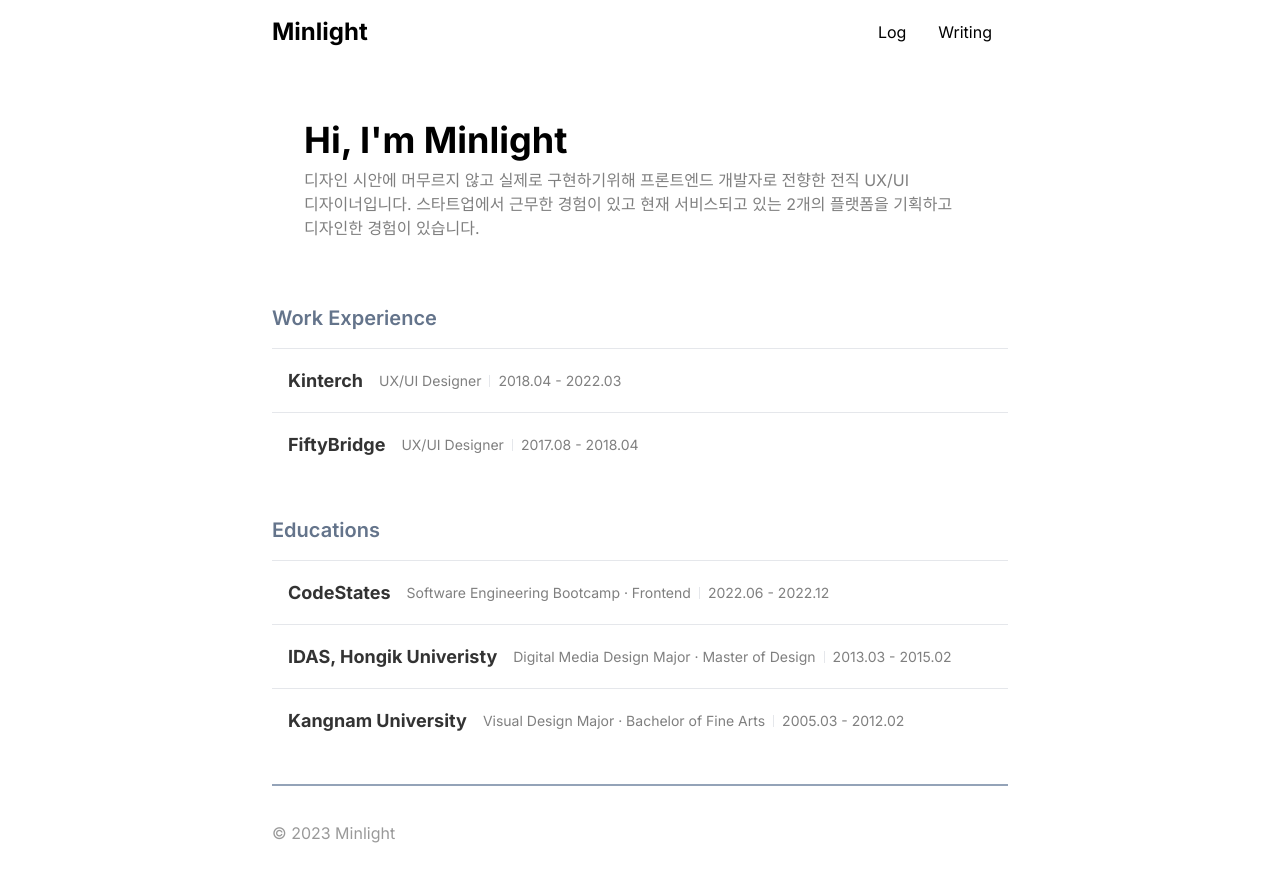
Repository: kwngmin/minlight-log
Page: /
An editor plug-in stored every save of this project. The page is shown before and after the next save, followed by the edit.
The browser window is 1280 px wide. The pictures show the whole page.
The project was rebuilt for these pictures with package versions that can differ from the ones it lists, and the page was loaded fresh each time. The framework's server and built-in components were replaced by stand-ins that run in the browser. Also part of the build but not shown: next.config.js.

Above is the page before, as saved 2023-04-12 16:38:40.

### src/app/layout.tsx
import "./globals.css";
import Footer from "@/components/Footer";
import Header from "@/components/Header";

import { Inter } from "next/font/google";
const inter = Inter({ subsets: ["latin"] });

export const metadata = {
  title: {
    default: "Minlight",
    template: "Minlight | %s",
  },
  description: "Minlight log",
};

export default function RootLayout({
  children,
}: {
  children: React.ReactNode;
}) {
  return (
    <html lang="en" className={inter.className}>
      <body className="flex flex-col max-w-screen-md mx-auto px-4">
        <Header />
        <main className="">{children}</main>
        <Footer />
      </body>
    </html>
  );
}

### src/app/page.tsx
import TableGroup from "@/components/TableGroup";
import Title from "@/components/Title";

const titleData = {
  title: `Hi, I'm Minlight`,
  description: `디자인 시안에 머무르지 않고 실제로 구현하기위해 프론트엔드 개발자로 전향한 전직 UX/UI 디자이너입니다. 스타트업에서 근무한
경험이 있고 현재 서비스되고 있는 2개의 플랫폼을 기획하고 디자인한 경험이 있습니다.`,
};

export default function Home() {
  return (
    <section>
      <Title titleData={titleData} />
      <TableGroup />
    </section>
  );
}

### src/app/globals.css
@tailwind base;
@tailwind components;
@tailwind utilities;

* {
  box-sizing: border-box;
  padding: 0;
  margin: 0;
}
/*
:root {
  --max-width: 1100px;
  --border-radius: 12px;
  --font-mono: ui-monospace, Menlo, Monaco, "Cascadia Mono", "Segoe UI Mono",
    "Roboto Mono", "Oxygen Mono", "Ubuntu Monospace", "Source Code Pro",
    "Fira Mono", "Droid Sans Mono", "Courier New", monospace;

  --foreground-rgb: 0, 0, 0;
  --background-start-rgb: 214, 219, 220;
  --background-end-rgb: 255, 255, 255;

  --primary-glow: conic-gradient(
    from 180deg at 50% 50%,
    #16abff33 0deg,
    #0885ff33 55deg,
    #54d6ff33 120deg,
    #0071ff33 160deg,
    transparent 360deg
  );
  --secondary-glow: radial-gradient(
    rgba(255, 255, 255, 1),
    rgba(255, 255, 255, 0)
  );

  --tile-start-rgb: 239, 245, 249;
  --tile-end-rgb: 228, 232, 233;
  --tile-border: conic-gradient(
    #00000080,
    #00000040,
    #00000030,
    #00000020,
    #00000010,
    #00000010,
    #00000080
  );

  --callout-rgb: 238, 240, 241;
  --callout-border-rgb: 172, 175, 176;
  --card-rgb: 180, 185, 188;
  --card-border-rgb: 131, 134, 135;
}

@media (prefers-color-scheme: dark) {
  :root {
    --foreground-rgb: 255, 255, 255;
    --background-start-rgb: 0, 0, 0;
    --background-end-rgb: 0, 0, 0;

    --primary-glow: radial-gradient(rgba(1, 65, 255, 0.4), rgba(1, 65, 255, 0));
    --secondary-glow: linear-gradient(
      to bottom right,
      rgba(1, 65, 255, 0),
      rgba(1, 65, 255, 0),
      rgba(1, 65, 255, 0.3)
    );

    --tile-start-rgb: 2, 13, 46;
    --tile-end-rgb: 2, 5, 19;
    --tile-border: conic-gradient(
      #ffffff80,
      #ffffff40,
      #ffffff30,
      #ffffff20,
      #ffffff10,
      #ffffff10,
      #ffffff80
    );

    --callout-rgb: 20, 20, 20;
    --callout-border-rgb: 108, 108, 108;
    --card-rgb: 100, 100, 100;
    --card-border-rgb: 200, 200, 200;
  }
}

* {
  box-sizing: border-box;
  padding: 0;
  margin: 0;
}

html,
body {
  max-width: 100vw;
  overflow-x: hidden;
}

body {
  color: rgb(var(--foreground-rgb));
  background: linear-gradient(
      to bottom,
      transparent,
      rgb(var(--background-end-rgb))
    )
    rgb(var(--background-start-rgb));
}

a {
  color: inherit;
  text-decoration: none;
}

@media (prefers-color-scheme: dark) {
  html {
    color-scheme: dark;
  }
} */

### src/components/Footer.tsx
export default function Footer() {
  return (
    <section className="h-24 flex items-center border-t-2 mt-8 border-slate-400">
      <span className="text-black/40">© 2023 Minlight</span>
    </section>
  );
}

### src/components/Header.tsx
import Link from "next/link";

const navList = [
  { name: "Log", url: "/log" },
  { name: "Writing", url: "/log" },
];

export default function Header() {
  return (
    <section className="h-16 flex items-center justify-between">
      <Link href="/" className="text-2xl font-bold">
        Minlight
      </Link>
      <nav className="">
        {navList.map(({ name, url }) => (
          <Link href={url} key={name} className="px-4">
            {name}
          </Link>
        ))}
      </nav>
    </section>
  );
}

### src/components/TableGroup.tsx
import Table from "@/components/Table";

const careerData = [
  {
    head: "Kinterch",
    content: "UX/UI Designer",
    period: "2018.04 - 2022.03",
  },
  {
    head: "FiftyBridge",
    content: "UX/UI Designer",
    period: "2017.08 - 2018.04",
  },
];

const educateData = [
  {
    head: "CodeStates",
    content: "Software Engineering Bootcamp · Frontend",
    period: "2022.06 - 2022.12",
  },
  {
    head: "IDAS, Hongik Univeristy",
    content: "Digital Media Design Major · Master of Design",
    period: "2013.03 - 2015.02",
  },
  {
    head: "Kangnam University",
    content: "Visual Design Major · Bachelor of Fine Arts",
    period: "2005.03 - 2012.02",
  },
];

export default function TableGroup() {
  return (
    <section className="flex flex-col gap-10">
      <Table tableData={careerData} subject="Work Experience" />
      <Table tableData={educateData} subject="Educations" />
    </section>
  );
}

### src/components/Title.tsx
type TitleData = {
  title: string;
  description: string;
};
export default function Title({ titleData }: { titleData: TitleData }) {
  const { title, description } = titleData;
  return (
    <div className="pt-14 pb-16 px-4 lg:px-8">
      <h1 className="text-3xl md:text-4xl font-bold mb-2">{title}</h1>
      <p className="text-black/50 break-keep">{description}</p>
    </div>
  );
}

### src/components/Table.tsx
import { HtmlProps } from "next/dist/shared/lib/html-context";

type Props = {
  tableData: {
    head: string;
    content: string;
    period: string;
  }[];
  subject: string;
};

export default function Table({ tableData, subject }: Props) {
  return (
    <div>
      <h2 className="text-left text-xl font-semibold text-slate-500 pb-4">
        {subject}
      </h2>
      <ul>
        {tableData.map(({ head, content, period }) => (
          <li
            key={head}
            className="flex flex-col lg:flex-row lg:items-center justify-center lg:justify-start pt-4 pb-5 lg:py-0 lg:h-16 border-t gap-0 lg:gap-4 pl-4 lg:px-4"
          >
            <h3 className="font-bold text-lg text-black/80">{head}</h3>
            <section className="text-black/50 lg:text-sm flex items-center flex-wrap">
              {content}
              <div className="inline-block border-l h-3 mx-2 " />
              {period}
            </section>
          </li>
        ))}
      </ul>
    </div>
  );
}

Loaded but not shown: tailwind.config.js (common file)

After the next save:
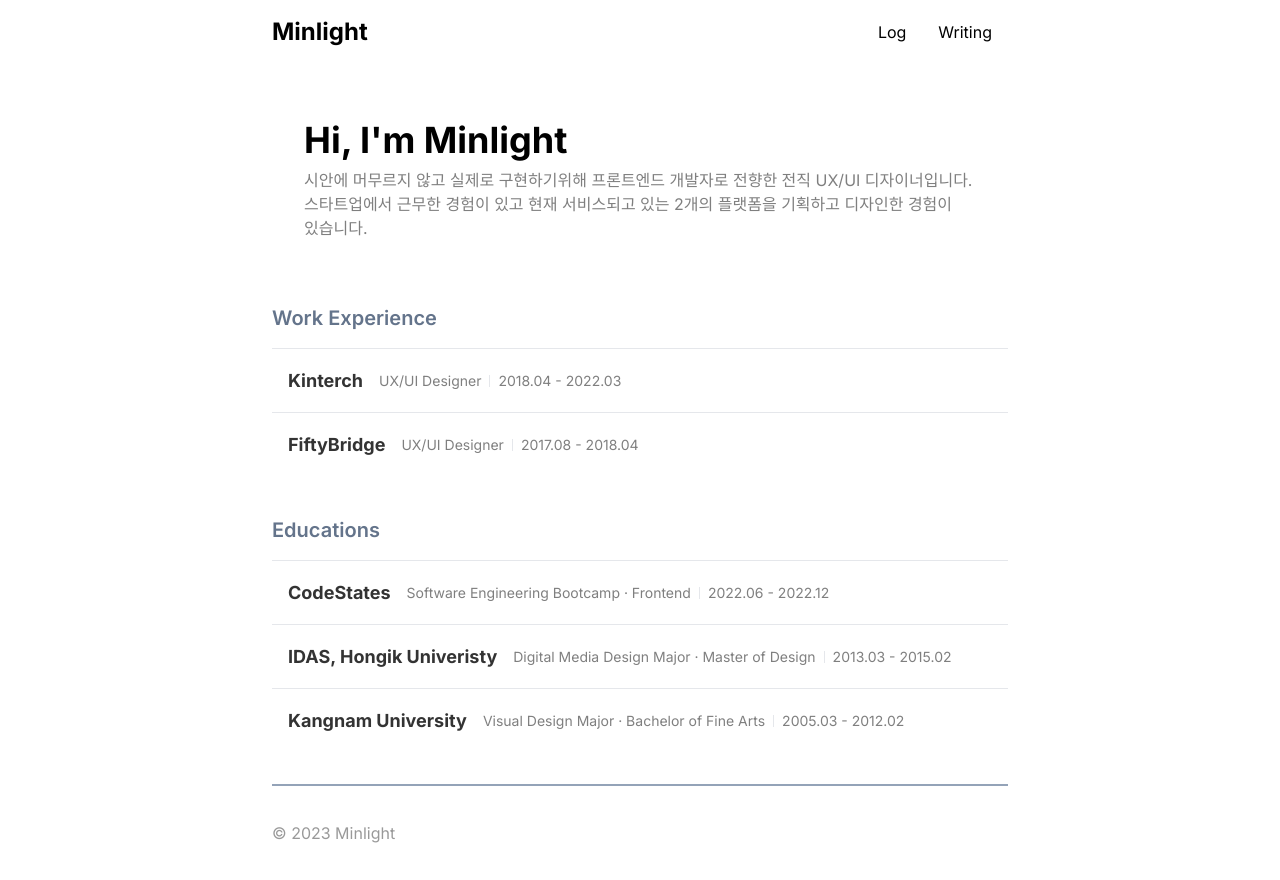
Saved 90 s later.
--- a/src/app/page.tsx
+++ b/src/app/page.tsx
@@ -3,7 +3,7 @@ import Title from "@/components/Title";
 
 const titleData = {
   title: `Hi, I'm Minlight`,
-  description: `디자인 시안에 머무르지 않고 실제로 구현하기위해 프론트엔드 개발자로 전향한 전직 UX/UI 디자이너입니다. 스타트업에서 근무한
+  description: `시안에 머무르지 않고 실제로 구현하기위해 프론트엔드 개발자로 전향한 전직 UX/UI 디자이너입니다. 스타트업에서 근무한
 경험이 있고 현재 서비스되고 있는 2개의 플랫폼을 기획하고 디자인한 경험이 있습니다.`,
 };
 
